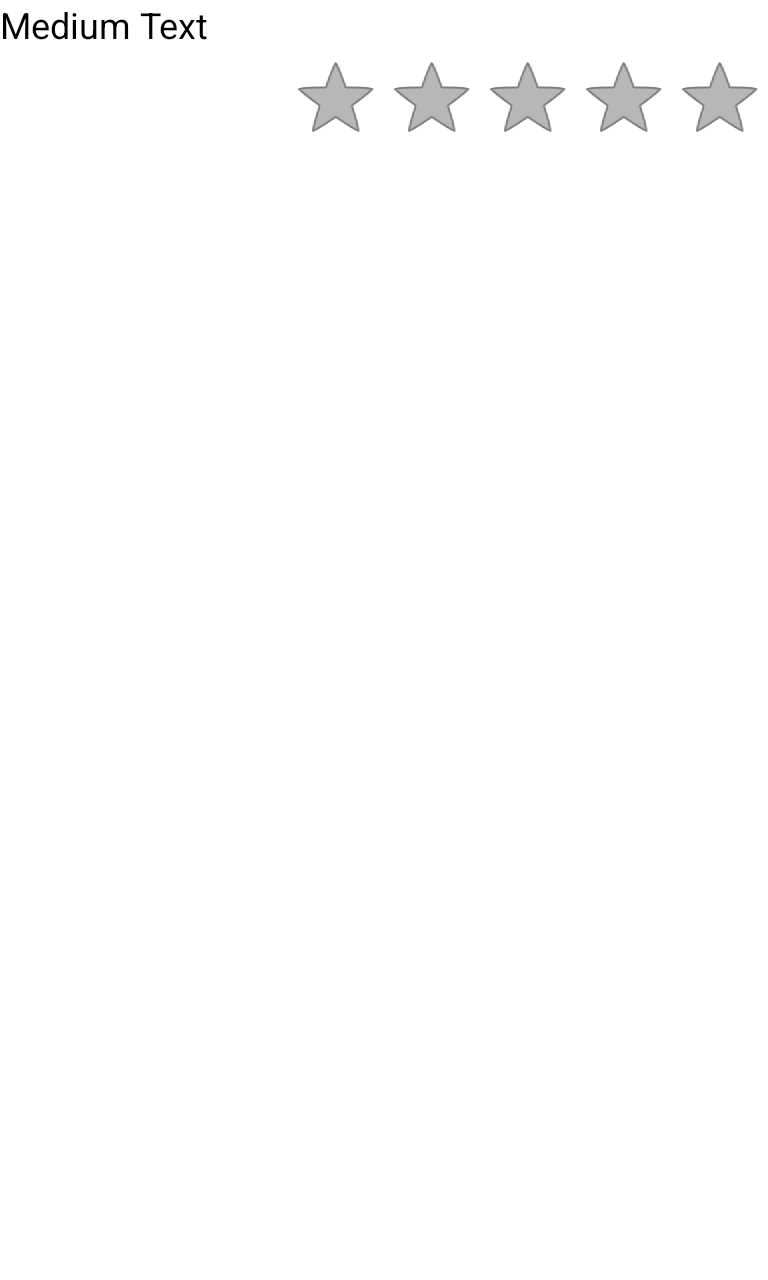
Repository: yash256/atnt
Layout: Farmdroid/res/layout/market_details.xml
These files come from the project's save history. The layout is drawn as it stood at one moment and after the next save; the edit follows.
It is drawn on a 768 x 1280 px phone screen (xhdpi) without system bars, with theme AppTheme; the app's code is not run.

Above is the layout before, as saved 2014-10-26 18:46:21.

### Farmdroid/res/layout/market_details.xml
<?xml version="1.0" encoding="utf-8"?>
<LinearLayout xmlns:android="http://schemas.android.com/apk/res/android"
    android:layout_width="match_parent"
    android:layout_height="match_parent"
    android:orientation="vertical" >

    <GridLayout
        android:layout_width="match_parent"
        android:layout_height="wrap_content"
        android:orientation="horizontal"
        android:columnCount="8" >

        <TextView
            android:id="@+id/textView1"
            android:layout_column="0"
            android:layout_gravity="left|top"
            android:layout_row="1"
            android:layout_columnSpan="4"
            android:text="Medium Text"
            android:textAppearance="?android:attr/textAppearanceMedium" />



    <RatingBar
        android:id="@+id/ratingBar1"
        android:layout_row="2"
        android:layout_columnSpan="4"
        android:layout_gravity="right"/>

    </GridLayout>


</LinearLayout>

Loaded but not shown: Farmdroid/res/values/styles.xml (common file); Farmdroid/res/values-v11/styles.xml (common file); Farmdroid/res/values-v14/styles.xml (common file)

After the next save:
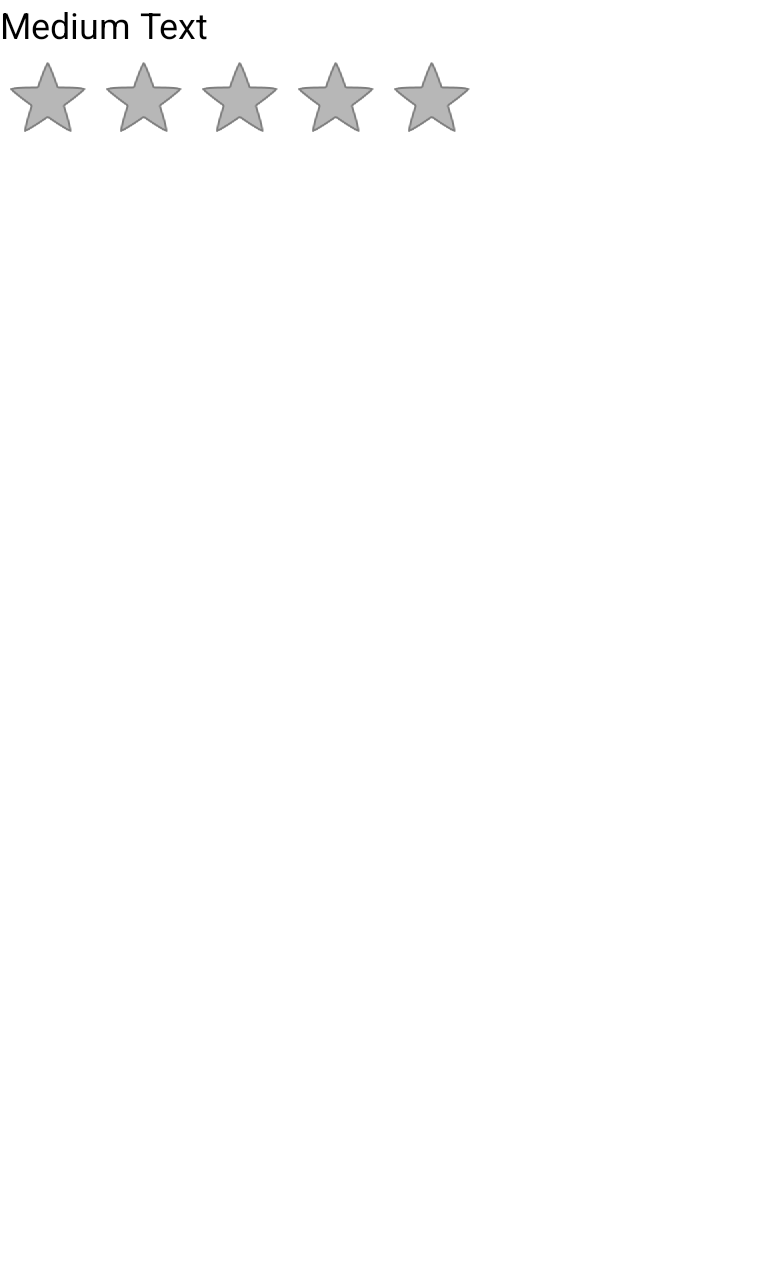
Saved 7 s later.
--- a/Farmdroid/res/layout/market_details.xml
+++ b/Farmdroid/res/layout/market_details.xml
@@ -15,7 +15,7 @@
             android:layout_column="0"
             android:layout_gravity="left|top"
             android:layout_row="1"
-            android:layout_columnSpan="4"
+            android:layout_columnSpan="8"
             android:text="Medium Text"
             android:textAppearance="?android:attr/textAppearanceMedium" />
 
